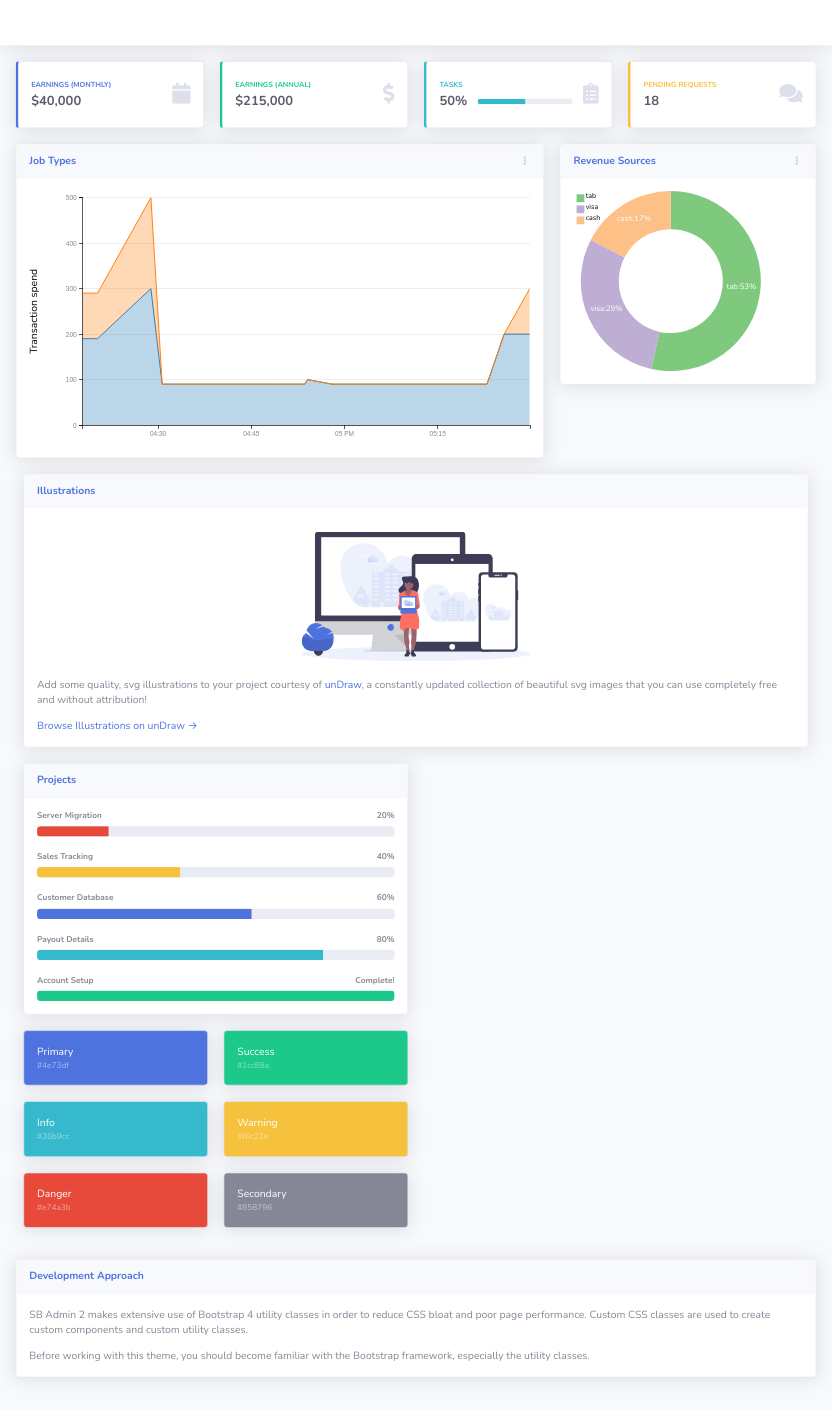
Repository: fLavery/NodeDashboard
Page: index.html
The author's editor kept a record of every edit. The page is drawn from the files as they stood at one moment, then again after the next edit.
The browser window is 1280 px wide. The pictures show the whole page, at 65% of full size.

Above is the page before.
Console error: TypeError: Cannot read properties of null (reading 'length')

After the next edit:
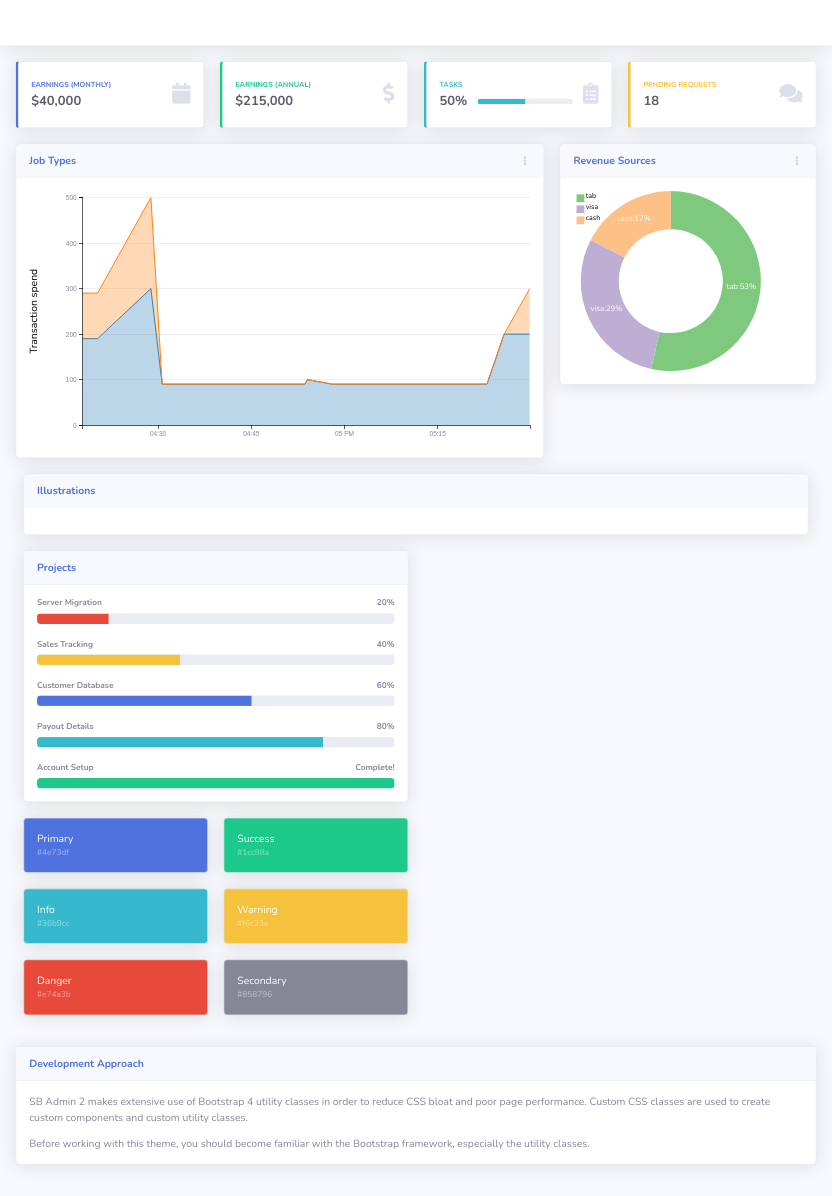
The edit:
--- a/index.html
+++ b/index.html
@@ -393,13 +393,10 @@
                 <h6 class="m-0 font-weight-bold text-primary">Illustrations</h6>
               </div>
               <div class="card-body">
-                <div class="text-center">
-                  <img class="img-fluid px-3 px-sm-4 mt-3 mb-4" style="width: 25rem;" src="img/undraw_posting_photo.svg" alt="">
-                </div>
-                <p>Add some quality, svg illustrations to your project courtesy of <a target="_blank" rel="nofollow" href="https://undraw.co/">unDraw</a>, a constantly updated collection of beautiful svg images that you can use completely free and without
-                  attribution!
-                </p>
-                <a target="_blank" rel="nofollow" href="https://undraw.co/">Browse Illustrations on unDraw &rarr;</a>
+                <div id="table">
+
+                </div>
+
               </div>
             </div>
 
